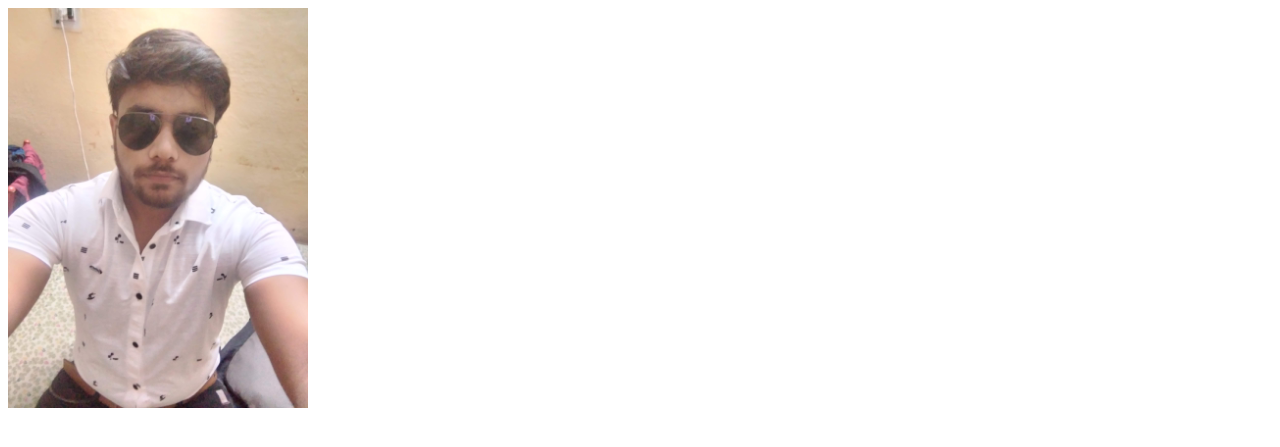
Repository: ramlakhan1/resume1
Page: resume.html
The author's editor kept a copy of each file at every save. The page is drawn from the files as they stood at one save, then again after the next save.
The browser window is 1280 px wide. The pictures show the whole page.

Above is the page before, as saved 2022-11-05 14:11:44.

After the next save:
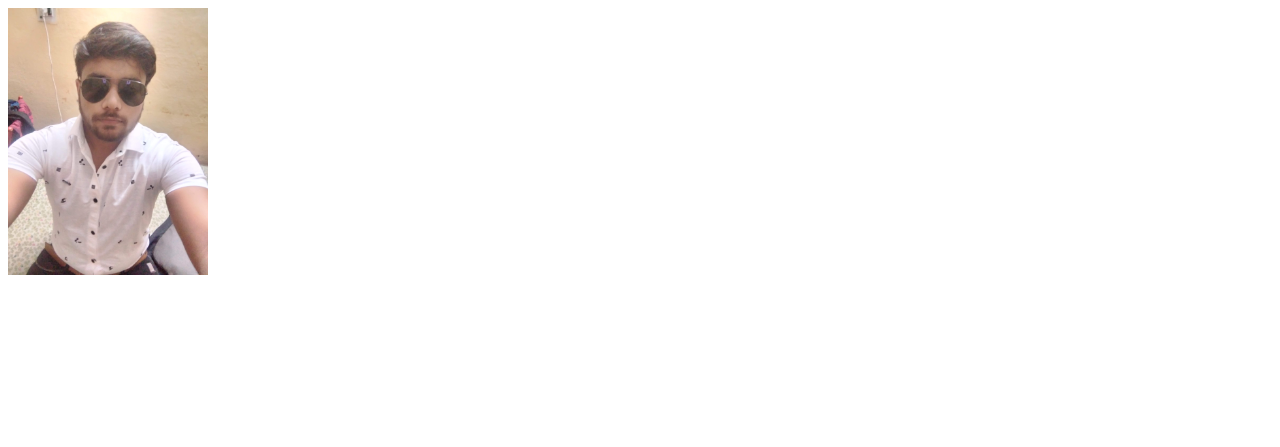
Saved 12 s later.
--- a/resume.html
+++ b/resume.html
@@ -7,6 +7,6 @@
     <title>Ram's Resume</title>
 </head>
 <body>
-    <img width="300" src="2.jpg" alt="">
+    <img width="200" src="2.jpg" alt="">
 </body>
 </html>
